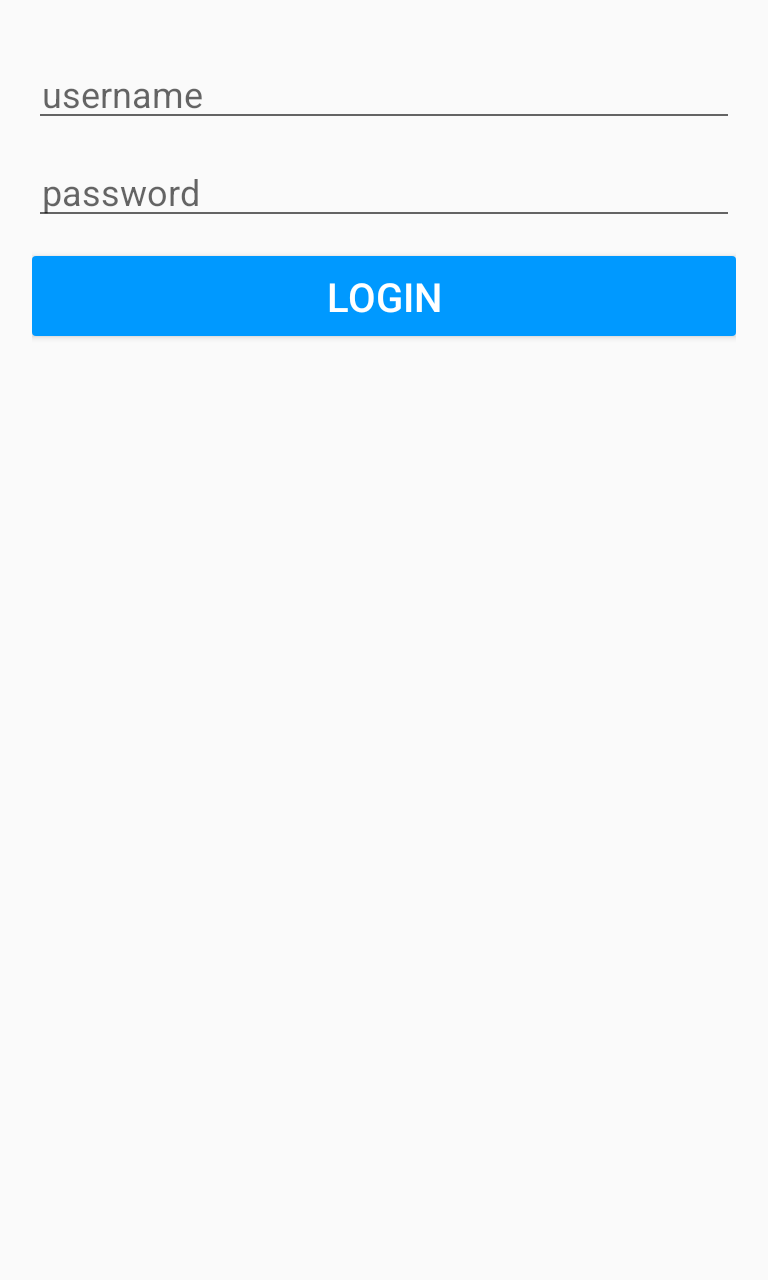
Repository: israelhill/Noteworthy
Layout: Noteworthy/res/layout/fragment_main.xml
An editor plug-in stored every save of this project. The layout is shown before and after the next save, followed by the edit.
Pictures or frames that could not be fetched are drawn as grey boxes. It is drawn on a 768 x 1280 px phone screen (xhdpi) without system bars, with theme AppTheme; the app's code is not run.

Above is the layout before, as saved 2014-09-06 09:32:29.

### Noteworthy/res/layout/fragment_main.xml
<LinearLayout xmlns:android="http://schemas.android.com/apk/res/android"
    xmlns:tools="http://schemas.android.com/tools"
    android:layout_width="match_parent"
    android:layout_height="match_parent"
    android:paddingBottom="@dimen/activity_vertical_margin"
    android:paddingLeft="@dimen/activity_horizontal_margin"
    android:paddingRight="@dimen/activity_horizontal_margin"
    android:paddingTop="@dimen/activity_vertical_margin"
    tools:context="com.noteworthy.MainActivity$PlaceholderFragment"
    android:orientation="vertical">

<EditText
    android:id="@+id/username"
    android:layout_width="match_parent"
    android:layout_height="40dp"
    android:hint="@string/username"
    android:layout_marginBottom="9dp"
    android:layout_marginTop="10dp"
    android:paddingLeft="5dp"/>

<EditText
    android:id="@+id/password"
    android:layout_width="match_parent"
    android:layout_height="40dp"
    android:hint="@string/password"
    android:inputType="textPassword"
    android:paddingLeft="5dp"
    android:layout_marginBottom="13dp"/>

<Button
    android:id="@+id/login"
    android:layout_width="match_parent"
    android:layout_height="40dp"
    android:background="@drawable/login_button"
    android:text="@string/login"
    android:textSize="20sp"
    android:textColor="@color/white"
    android:layout_gravity="center"/>


</LinearLayout>

### Noteworthy/res/values/strings.xml
<?xml version="1.0" encoding="utf-8"?>
<resources>

    <string name="app_name">Noteworthy</string>
    <string name="hello_world">Hello world!</string>
    <string name="action_settings">Settings</string>
    <string name="username">username</string>
    <string name="password">password</string>
    <string name="login">Login</string>

</resources>

### Noteworthy/res/drawable/login_button.xml
<?xml version="1.0" encoding="utf-8"?>
<shape xmlns:android="http://schemas.android.com/apk/res/android"
    android:name="rectangle" >

    <corners
        android:radius="2dp"/>
    <solid
        android:color="@color/blue"/>


</shape>

### Noteworthy/res/values/color.xml
<?xml version="1.0" encoding="utf-8"?>
<resources>
    <color name="blue">#0099FF</color>
    <color name="white">#ffffff</color>
    <color name="gray">#C2C2C2</color>

</resources>

Loaded but not shown: Noteworthy/res/values/styles.xml (common file); Noteworthy/res/values-v11/styles.xml (common file); Noteworthy/res/values-v14/styles.xml (common file); Noteworthy/res/values/dimens.xml (common file); Noteworthy/res/values-w820dp/dimens.xml (common file)

After the next save:
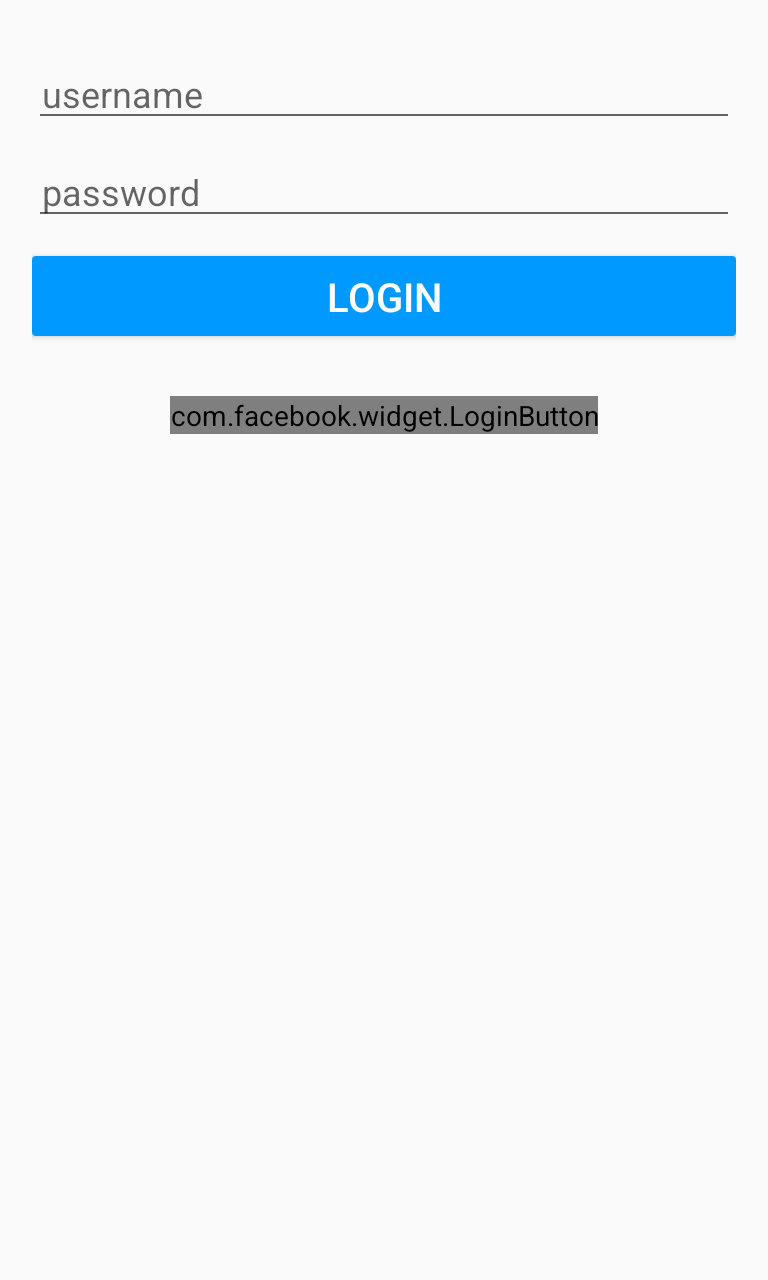
Saved 5 min 38 s later.
--- a/Noteworthy/res/layout/fragment_main.xml
+++ b/Noteworthy/res/layout/fragment_main.xml
@@ -37,5 +37,19 @@
     android:textColor="@color/white"
     android:layout_gravity="center"/>
 
+<LinearLayout xmlns:android="http://schemas.android.com/apk/res/android"
+    xmlns:tools="http://schemas.android.com/tools"
+    android:layout_width="match_parent"
+    android:layout_height="match_parent"
+    android:orientation="vertical">
+
+    <com.facebook.widget.LoginButton
+        android:id="@+id/authButton"
+        android:layout_width="wrap_content"
+        android:layout_height="wrap_content"
+        android:layout_gravity="center_horizontal"
+        android:layout_marginTop="30dp"
+        />
+
 
 </LinearLayout>

After the save that followed:
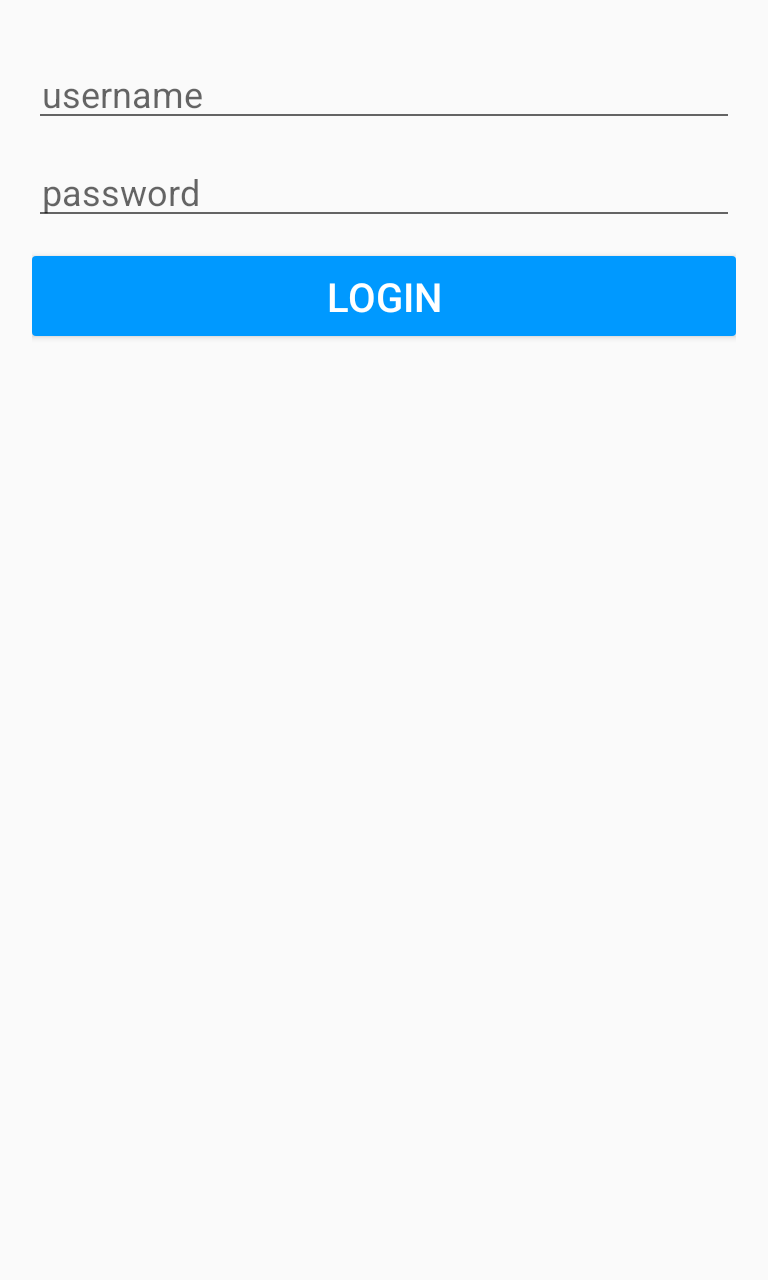
Saved 13 s later.
--- a/Noteworthy/res/layout/fragment_main.xml
+++ b/Noteworthy/res/layout/fragment_main.xml
@@ -37,19 +37,7 @@
     android:textColor="@color/white"
     android:layout_gravity="center"/>
 
-<LinearLayout xmlns:android="http://schemas.android.com/apk/res/android"
-    xmlns:tools="http://schemas.android.com/tools"
-    android:layout_width="match_parent"
-    android:layout_height="match_parent"
-    android:orientation="vertical">
 
-    <com.facebook.widget.LoginButton
-        android:id="@+id/authButton"
-        android:layout_width="wrap_content"
-        android:layout_height="wrap_content"
-        android:layout_gravity="center_horizontal"
-        android:layout_marginTop="30dp"
-        />
 
 
 </LinearLayout>
